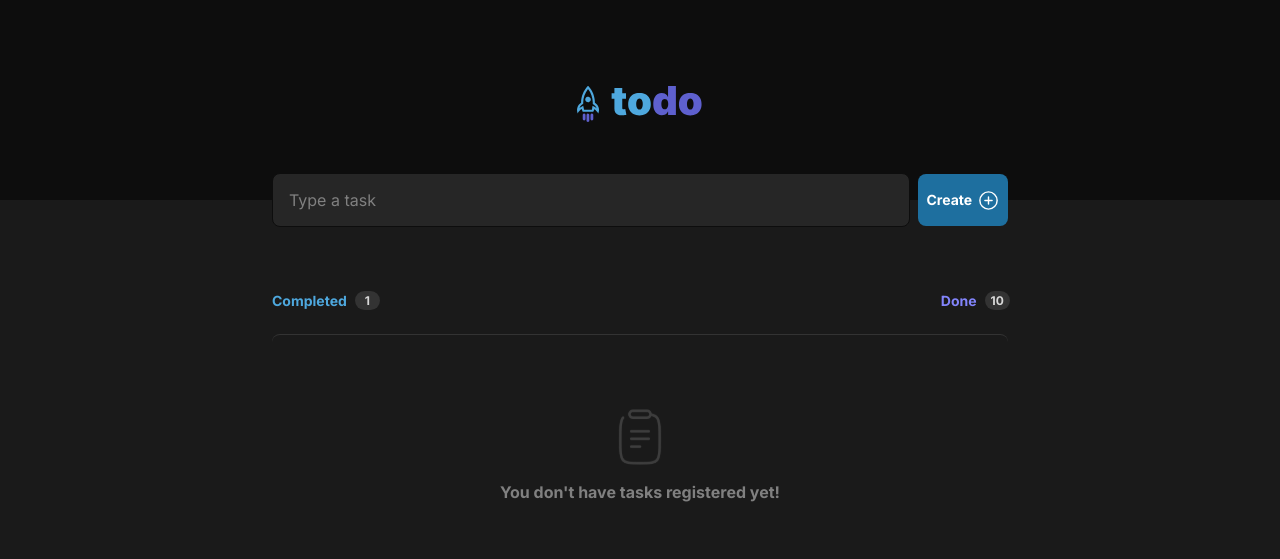
Repository: JoseGu1llardi/to-do-list-D01
Page: /
An editor plug-in stored every save of this project. The page is shown before and after the next save, followed by the edit.
The browser window is 1280 px wide. The pictures show the whole page.
The project was rebuilt for these pictures with package versions that can differ from the ones it lists, and the page was loaded fresh each time. Also part of the build but not shown: vite.config.ts.

Above is the page before, as saved 2023-03-11 19:10:31.

After the next save:
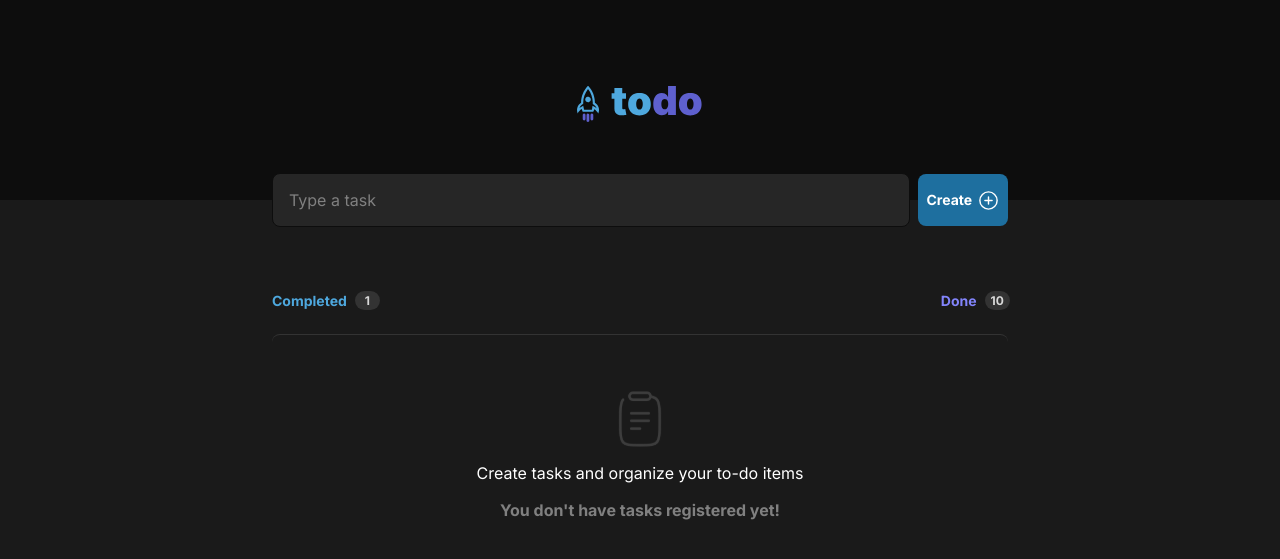
Saved 2 min 16 s later.
--- a/src/components/Tasks/index.tsx
+++ b/src/components/Tasks/index.tsx
@@ -26,6 +26,7 @@
             <section className={styles.tasks}>
                 <img src={Clipboard} alt="" />
                 <strong>You don't have tasks registered yet!</strong>
+                <span>Create tasks and organize your to-do items</span>
             </section>
         </>
     )

After the 2 saves that followed:
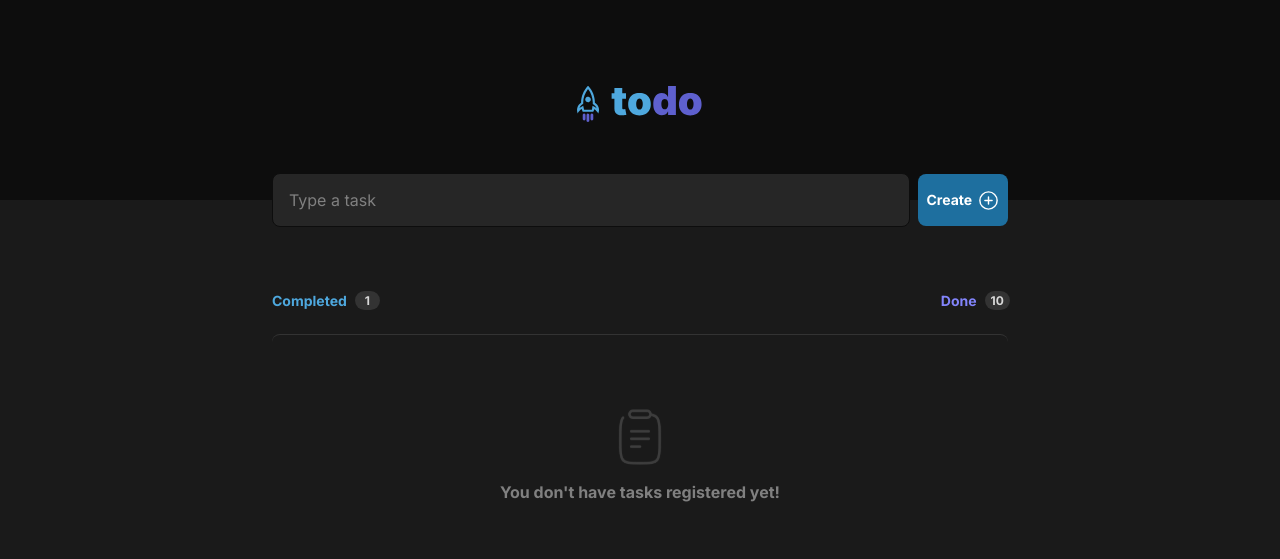
The 2 saves are shown as one change because 1 left the picture as it was.
The last was saved 80 s later.
--- a/src/components/Tasks/index.tsx
+++ b/src/components/Tasks/index.tsx
@@ -26,7 +26,6 @@
             <section className={styles.tasks}>
                 <img src={Clipboard} alt="" />
                 <strong>You don't have tasks registered yet!</strong>
-                <span>Create tasks and organize your to-do items</span>
             </section>
         </>
     )
